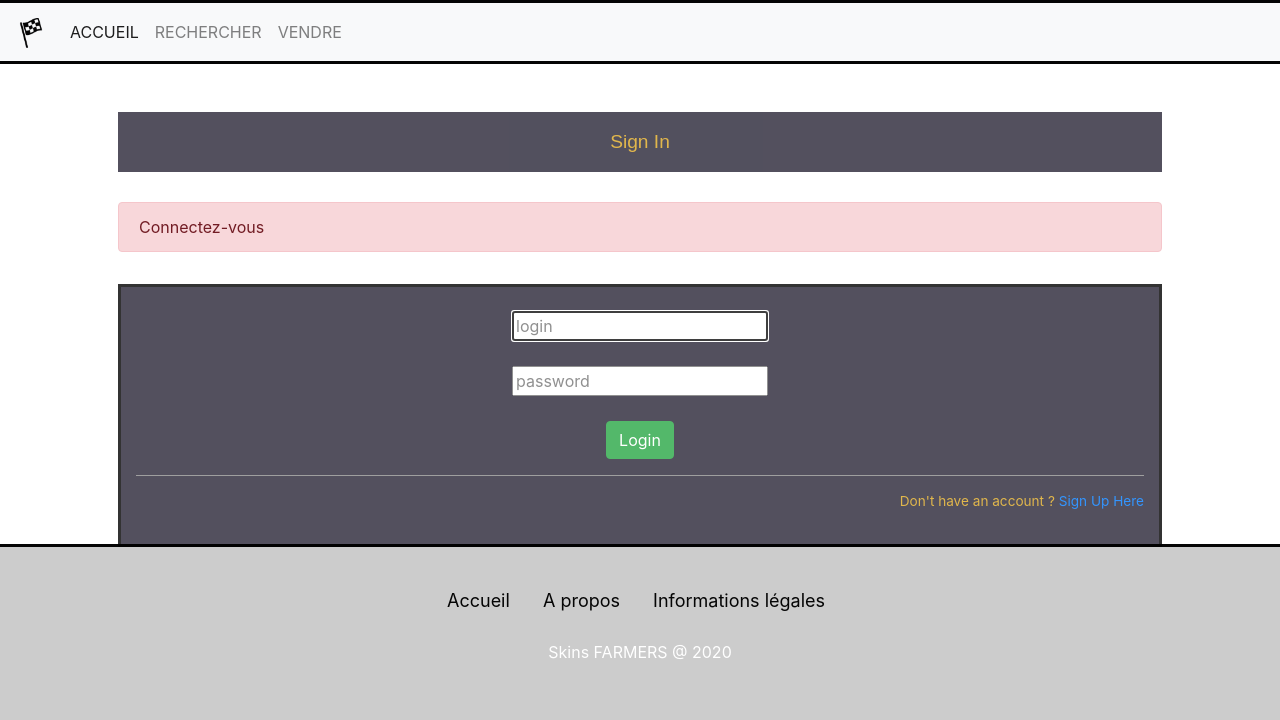
Repository: JonasvanHoorebeke/node_project_carforsale_final
Page: http://localhost/login/now
These files come from the project's save history. The page is drawn as it stood at one moment and after the next save; the edit follows.
The browser window is 1280 px wide. The pictures show the whole page.
The page is served by the project's Node server (server.js). Other server files are loaded and not shown.

Above is the page before, as saved 2020-08-25 16:49:10.

### views/index.ejs

<%- include('header.ejs') %>
<body>
        <div class="container p-5">
            <div class="panel panel-info" >
                    <div class="panel-heading">
                        <div class="introsignup">Sign In</div>
                    </div>
                    <div style="padding-top:30px">
                        <% if (message.length > 0) { %>
                            <div class="alert alert-danger col-sm-12"><%= message %></div>
                <% } %>
                        <form id="loginform" role="form" method="post" action="/login"></br>
                            <div class="infologin">
                                        <input type="text"  name="login" value="" placeholder="login" aria-label="pseudo" autofocus>
                                    </div>
                            <div class="infologin">
                                        <input type="password"  name="password" placeholder="password" aria-label="mot de passe">
                                    </div>
                            <div class="infologin">
                                    </div>
                                <div style="margin-top:10px" class="form-group">
                                    <!--bouton-->
                                    <div class="login">
                                      <button id="login" type="submit" class="btn btn-success">Login  </button>
                                    </div>
                                </div>
                                <div class="form-group">
                                    <div class="col-md-12 control">
                                        <div class="pascompte" > Don't have an account ? <a href="/signup">Sign Up Here</a>
                                        </div>
                                    </div>
                                </div>
                            </form>
                        </div>
                    </div>
        </div>
    </div>
    <%- include('footer.ejs') %>

### views/header.ejs
<!DOCTYPE html>
<html lang="fr">

<head>
  <title>Cars for sale - Véhicules d'occasion</title>
  <meta charset="utf-8">
  <meta name="viewport" content="width=device-width, initial-scale=1.0">
  <link href="/css/style.css" rel="stylesheet" type="text/css">
  <link rel="stylesheet" href="https://maxcdn.bootstrapcdn.com/bootstrap/4.3.1/css/bootstrap.min.css">
  <script type="text/javascript" src="../scripts/scriptindex.js"></script>
  <script src="https://ajax.googleapis.com/ajax/libs/jquery/3.4.1/jquery.min.js"></script>
  <script src="https://maxcdn.bootstrapcdn.com/bootstrap/4.3.1/js/bootstrap.min.js"></script>
  <link rel="stylesheet" href="https://stackpath.bootstrapcdn.com/bootstrap/4.4.1/css/bootstrap.min.css" integrity="sha384-Vkoo8x4CGsO3+Hhxv8T/Q5PaXtkKtu6ug5TOeNV6gBiFeWPGFN9MuhOf23Q9Ifjh" crossorigin="anonymous">
    <!-- Plugin JS, jQuery Bootstrap -->
    <script src="https://code.jquery.com/jquery-3.5.1.slim.min.js" integrity="sha384-DfXdz2htPH0lsSSs5nCTpuj/zy4C+OGpamoFVy38MVBnE+IbbVYUew+OrCXaRkfj" crossorigin="anonymous"></script>
    <script src="https://cdn.jsdelivr.net/npm/popper.js@1.16.0/dist/umd/popper.min.js" integrity="sha384-Q6E9RHvbIyZFJoft+2mJbHaEWldlvI9IOYy5n3zV9zzTtmI3UksdQRVvoxMfooAo" crossorigin="anonymous"></script>
    <script src="https://stackpath.bootstrapcdn.com/bootstrap/4.5.0/js/bootstrap.min.js" integrity="sha384-OgVRvuATP1z7JjHLkuOU7Xw704+h835Lr+6QL9UvYjZE3Ipu6Tp75j7Bh/kR0JKI" crossorigin="anonymous"></script>

</head>
<body>
    <!--<nav class="navbar navbar-expand-sm navbar-light bg-light">
        <div class="container"><a class="skinfarmers" src="css/cars-for-sale-logo.png" width="30" height="30" alt="Logo de Cars for sale">></a><button data-toggle="collapse" class="navbar-toggler" data-target="#navcol-1"><span class="sr-only">Toggle navigation</span><span class="navbar-toggler-icon"></span></button>
            <div class="collapse navbar-collapse"
                id="navcol-1">
                <ul class="nav navbar-nav ml-auto">
                    <li role="presentation"><a class="navboutonergo" href="/annonce/add">Ajouter un skin</a></li>
                    <li role="presentation"><a class="navbouton" href="#">Fonctionnement</a></li>
                    <li role="presentation"><a class="navbouton" href="/signup/now">S'inscrire</a></li>
                    <li role="presentation"><a class="navbouton" href="/profil">Profil</a></li>
                    <li role="presentation"><a class="navbouton" href="/logout">Déconnexion</a></li>
                    <li role="presentation"><a class="navbouton" href="/cart">cart</a></li>
                    <li><a href="/cart" class="cartlogo"><img src="/css/ttt.png" alt="bouton panier" style="max-width: 39px;"></a></li>
                </ul>
            </div>
        </div>
    </nav>-->



    <nav class="navbar navbar-expand-sm navbar-light bg-light">
        <a class="navbar-brand" href="/">
          <img src="css/cars-for-sale-logo.png" width="30" height="30" alt="Logo de Cars for sale">
        </a>
        <button class="navbar-toggler" type="button" data-toggle="collapse" data-target="#navbarNav" aria-controls="navbarNav" aria-expanded="false" aria-label="Toggle navigation">
          <span class="navbar-toggler-icon"></span>
        </button>
        <div class="collapse navbar-collapse" id="navbarNav">
          <ul class="navbar-nav">
            <li class="nav-item active">
              <a class="nav-link" href="/">ACCUEIL</a>
            </li>
            <li class="nav-item">
              <a class="nav-link" href="/">RECHERCHER</a>
            </li>
            <li class="nav-item">
              <a class="nav-link" href="/annonce/add">VENDRE</a>
            </li>
          </ul>
        </div>
      </nav>

### views/footer.ejs
<!DOCTYPE html>
<html lang="fr">
<head>
  <title></title>
  <meta charset="utf-8">
  <meta name="viewport" content="width=device-width, initial-scale=1.0">
  <link rel="stylesheet" href="https://stackpath.bootstrapcdn.com/bootstrap/4.4.1/css/bootstrap.min.css" integrity="sha384-Vkoo8x4CGsO3+Hhxv8T/Q5PaXtkKtu6ug5TOeNV6gBiFeWPGFN9MuhOf23Q9Ifjh" crossorigin="anonymous">
  <link href="/css/style.css" rel="stylesheet" type="text/css">
  <link rel="stylesheet" href="https://maxcdn.bootstrapcdn.com/bootstrap/4.3.1/css/bootstrap.min.css">
</head>
<div id="page">
  <div class="footerr">
      <footer>
          <ul class="boutonfooter">
              <li class="bouton"><a href="/">Accueil</a></li>
              <li class="bouton"><a href="#">A propos</a></li>
              <li class="bouton"><a href="/infoleg">Informations légales</a></li>
          </ul>
      </br>
          <p class="copyright">Skins FARMERS @ 2020</p>
      </footer>
  </div>
</div>
</body>
</html>

### server.js
const path = require('path');
const express = require('express');
const ejs = require('ejs');
const bodyParser = require('body-parser');
const mysql = require('mysql');
const app = express();
const http = require('http');
const mysqlConnection = require("./connection.js");
var router = express.Router();
var session = require('express-session');
var cookieParser = require('cookie-parser');



//set views file
app.set('views',path.join(__dirname,'views'));

//set view engine
app.set('view engine', 'ejs');
app.use(bodyParser.json());
app.use(bodyParser.urlencoded({ extended: false }));
app.use(cookieParser());
app.use(session({
  secret: 'secret',
  resave: false,
  saveUninitialized: true
}))
app.use(express.static(__dirname + '/public')) //pour utiliser le css en local (fichiers statiques)



//app.use('/', routesUsers);
let routesUsers = require("./routes/routesAnnonces");
app.use('/', routesUsers);
// Server Listening
app.listen(3000, () => {
    console.log('I am feeling great on port 3000');
});

### controllers/usersControllers.js
const mysqlConnection = require("../connection.js");
var User = require('../models/userCompte.js');

// POUR SE CONNECTER AU SITE WEB PAR SESSION
exports.login = function(req, res){
   var message = '';
   var sess = req.session;
   let data = {login: req.body.login, password: req.body.password};
   var login = req.body.login;
   var password = req.body.password;
   let sql="SELECT iduser, login, telephone, password FROM `users` WHERE `login`='"+login+"' and password = '"+password+"'";
   let query = mysqlConnection.query(sql, data,(err, results)=>{
          if(results.length){
             req.session.id = results[0].iduser;
             req.session.role = results[0].role;
             req.session.users = results[0];
             console.log(results[0].iduser);
             res.redirect('/');
             message = 'Login réussi !';
          }
          else{
             message = 'Mauvaises informations.';
             res.render('index.ejs',{message: message});
          };
      });
};

//POUR SE DIRIGER VERS LA PAGE DE LOGIN
exports.loginNow = function(req, res){
   res.render('index.ejs', {
      message : "Connectez-vous"
   });
};

// POUR S'INSCRIRE SUR LE SITE WEB
exports.signup = function (req, res) {
   let user = new User(req.body.iduser, req.body.login, req.body.telephone, req.body.password);
   console.log(user);
   mysqlConnection.query("INSERT INTO users SET?",
       user, function (err, results) {
           if (err) {
               res.status(400).send(error);
           } else {
               res.status(200).redirect('/');
           }
       });
   };
// POUR AFFICHER LA PAGE D'INSCRIPTION
exports.signupNow = function(req, res){
   res.render('regist.ejs', {
      message : "Inscrivez-vous"
   });
};

// POUR SE DECONNECTER DU SITE WEB
exports.logout = function(req,res){
   req.session.destroy(function(err){
       if(err){
           console.log(err);
       }
       else
       {
           res.redirect('/');
       }
   });
 };
// POUR AFFICHER LES INFORMATIONS DE SON PROFIL ET LES MODIFIER
exports.profilUpdate = function (req, res) {
   const id = req.params.id;
   let sql = `Select * from users where iduser = ${id}`;
   let query = mysqlConnection.query(sql,(err, result)=>{
       if(err) throw err;
       res.render('profilupdate.ejs',{
           title : 'Modifiez vos informations personnelles',
           users : result[0]
       });
   });
};

// POUR UPDATE LES INFORMATIONS DU PROFIL
exports.updateProfil = function (req, res) {
   let user = new User(req.body.iduser, req.body.login, req.body.telephone, req.body.password);
   console.log(user);
   mysqlConnection.query("update users SET login='"+req.body.login+"', telephone='"+req.body.telephone+"', password='"+req.body.password+"' where iduser ="+req.body.iduser,
       [user, req.body.iduser], function (err, results) {
           if (err) {
               console.log(error);
               res.status(400).send(error);
           } else {
               res.status(202).redirect('/profil');
           }
       })
};

//POUR AFFICHER LE PROFIL
exports.profil = function(req, res, next){
	var users =  req.session.users,
	iduser = req.session.iduser;

	if(iduser == null){
		res.redirect("/login/now");
		return;
	}

	 let sql="SELECT * FROM users WHERE `iduser`='"+id+"'";

	   mysqlConnection.query(sql, function(err, results){

		   console.log(results);

		   res.render('profile.ejs', {users:users});

		});
};

### connection.js
const mysql = require("mysql");

var mysqlConnection = mysql.createConnection({
    host : "localhost",
    user : "root",
    password : "root",
    database : "db_carforsale",
    multipleStatements : true
});

mysqlConnection.connect((err)=>{
    if(!err)
        {
            console.log("Database connected <3");
        }
    else
        {
            console.log("Something went wrong with the database :( ");
        }
})

module.exports = mysqlConnection;

### public/css/style.css
body
{
    background-color: black;
}


/* Gérer la couleur des liens/boutons */

nav a:link {
    text-decoration : none;
}

nav a:hover {
    color : rgb(0, 0, 0);
}

nav a:active {
    text-decoration: none;
}

nav a:visited{
    text-decoration : none;
}

.boutonfooter {
        padding-left: 0px;
        list-style: none;
      }

.footerr {
        padding: 40px 0;
        background-color: #cbcbcb;
        color: white; /*gère la couleur du copyright en bas*/
        text-align: center;
        opacity: 98%;
        position : fixed;
        left : 0;
        bottom : 0;
        width: 100%;
        border-top: black solid;
      }

.footerr ul {
        padding: 0;
        list-style: none;
        text-align: center;
        font-size: 18px;
        line-height: 1.6;
        margin-bottom: 0;
      }

.footerr li {
        padding: 0 10px;
      }



ul {
        margin-top: 0;
        margin-bottom: 1rem;
      }

.bouton {
    margin-right: .5rem;
    display: inline-block;
}

.intro {
    text-align: center;
    padding: -95px 2;
    background-color: #2f2c3d;
    font-size: 20px;
    color: white;
    border-top: solid black;
    border-bottom: solid black;
    opacity: 80%;
}

nav {
    background-attachment: fixed;
    background-size: cover;
    opacity: 98%;
    border-bottom: black solid;
    border-top: solid black;
}

nav a { /*gère le logo skinfarmerz*/
    color: #d3d3d3;
}

.boutonheader {
    list-style: none;
    display : inline;
}

ul.boutonheader {
    list-style: none;
    display : inline-flex;
}


.container {
    width: 100%;
    padding-right: 15px;
    padding-left: 15px;
    margin-right: auto;
    margin-left: auto;
}
.skinfarmers {
    display: inline-block;
    padding-top: .3125rem;
    padding-bottom: .3125rem;
    margin-right: 1rem;
    font-size: 1.25rem;
    line-height: inherit;
    white-space: nowrap;
}

.navbouton {
    display: block;
    padding: .5rem 1rem;
    color: goldenrod;
}

.navboutonergo {
    display: block;
    padding: .5rem 1rem;
    color: goldenrod;
}

ul.boutonfooter a {
    color: rgb(0, 0, 0)!important;
}

form {
    margin-top: 2em;
    background-color: #cac8c2;
}


#Lesskins {
    border-radius: 10px;
    margin-bottom: 200px;
    min-height: 400px;
}

.titreadd {
    color: #282536;
}

.titreproduit {
    text-align: center;
    color: #282536;
    background-color: #241e2d;
}

.cartt {
    text-align: center;
    background-color: #282536;
}

.introcart {
    text-align: center;
    background-color: #282536;
    color: #c1c1c1;
}

.itemm {
    display: block;
    color: #c1c1c1;
    padding-top: 1rem;
}

.nomskin {
    color: goldenrod;
}


.textintroregister {
    text-transform: uppercase;
    text-align: center;
    margin-bottom: 5rem;
}

.infos {
    display: block;
}

.listtt {
    display: block;
    text-align: center;
}

#loginbox {
    text-align: center;
}

.introsignup {
    font-size: larger;
    font-family: Arial ;
    background-color: #282536;
    opacity: 80%;
    border-top: black solid;
    border-bottom: black solid;
    color: goldenrod;
    text-align: center;
    padding-top: 1rem;
    padding-bottom: 1rem;
    border: 2rem;
}

#infoleg {
    font-size: smaller;
}

.pascompte {
    border-top: 1px solid#888;
    color: goldenrod;
    padding-top:15px;
    font-size:85%;
    padding-bottom: 1rem;
    text-align: right;
}

.login {
    text-align: center;
}

.infologin {
    margin-bottom: 25px;
    text-align: center;
}

.infosignup {
    margin-bottom: 25px;
    text-align: center;
}

form {
    background-color: #282536;
    opacity: 80%;
    border: black solid;
    border-bottom: black solid;

}

.nomdescases {
    color: #c1c1c1;
    font-family: Arial;
    padding-left: 1rem;
}

.cases {
    display: block;
    width: 100%;
    background-color: #fff;
    border: 1px solid #ced4da;
    border-radius: .25rem;
}

.navigation1 {
    padding: .5rem 1rem;
    flex-flow: row nowrap;
    justify-content: flex-start;
}

input.cases {
    text-align: center;
}

.imgskin {
    max-width : 350px;
}

.imageskin {
    display: flex;
	justify-content: center;
	align-items: center;
}

.espacement {
	margin-right: 20px;
}

.prixjeu {
    background-color: #8296c7;
    opacity: 90%;

}

.introitempage {
        font-size: larger;
        font-family: Arial ;
        background-color: #282536;
        opacity: 80%;
        border-top: black solid;
        border-bottom: black solid;
        color: rgb(255, 255, 255);
        text-align: center;
        padding-top: 1rem;
        padding-bottom: 1rem;
        border: 2rem;
}

.cards-annonces {
        margin: 20px;

}

.col-sm {
        text-align: center;
        border-radius: 5px 5px 5px 5px;
        box-shadow: 12px 15px 20px 0px rgba(46,61,73,0.15);
        color: #000;
        font-size: 14px;
}

.bouttons-annonces {
        text-align: center;

}
/*.navbari {
    flex-flow: row nowrap;
    justify-content: flex-start;
    position: relative;
    display: flex;
    align-items: center;
    padding: .5rem 1rem;
}

*, ::after, ::before {
    box-sizing: border-box;
}

### scripts/scriptindex.js
function Recherche() {

    var input, filter, table, tr, td, i, txtValue;
    input = document.getElementById("Larecherche");
    filter = input.value.toUpperCase();
    table = document.getElementById("Lesskins");
    tr = table.getElementsByTagName("tr");

    // Boucle qui passe toute les lignes de la liste et qui cachent ceux qui correspondent pas à la recherche
    for (i = 0; i < tr.length; i++) {
      td = tr[i].getElementsByTagName("td")[0];
      if (td) {
        txtValue = td.textContent || td.innerText;
        if (txtValue.toUpperCase().indexOf(filter) > -1) {
          tr[i].style.display = "";
        } else {
          tr[i].style.display = "none";
        }
      }
    }
  }

After the next save:
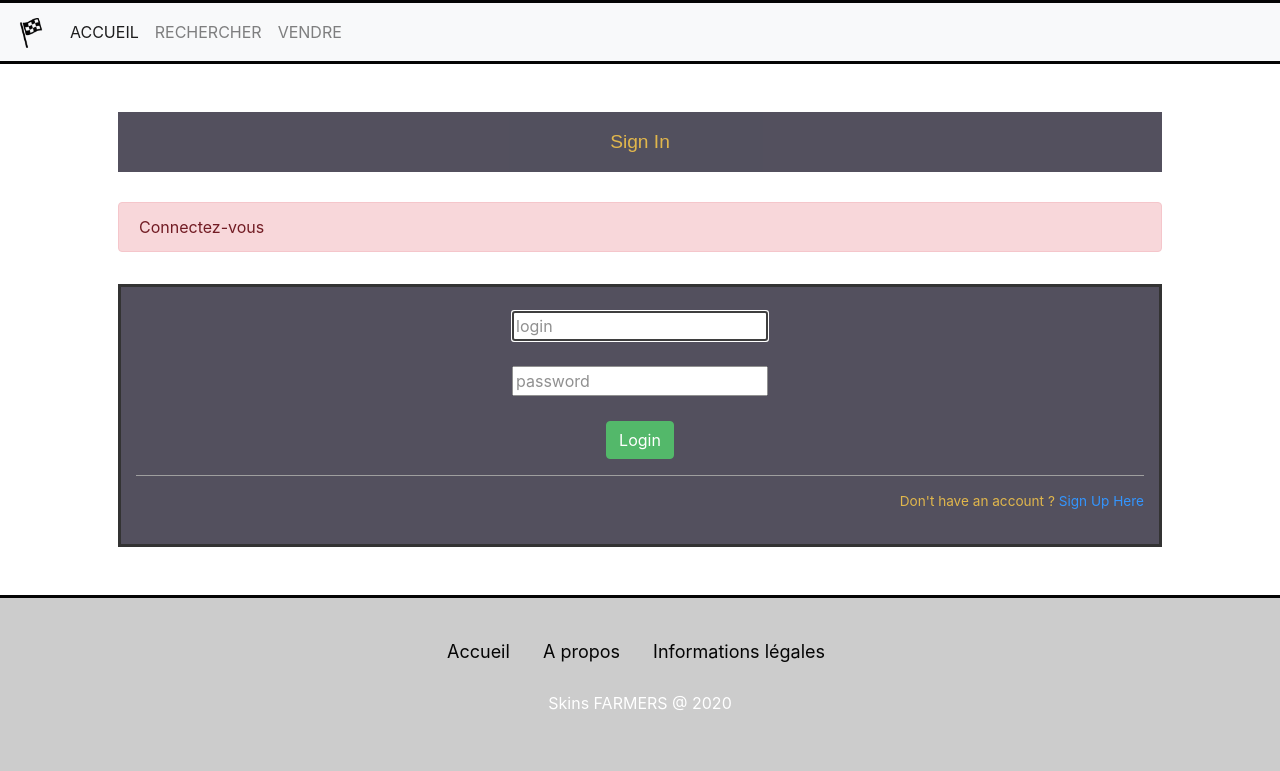
Saved 104 s later.
--- a/public/css/style.css
+++ b/public/css/style.css
@@ -33,7 +33,7 @@ nav a:visited{
         color: white; /*gère la couleur du copyright en bas*/
         text-align: center;
         opacity: 98%;
-        position : fixed;
+        position : ;
         left : 0;
         bottom : 0;
         width: 100%;
